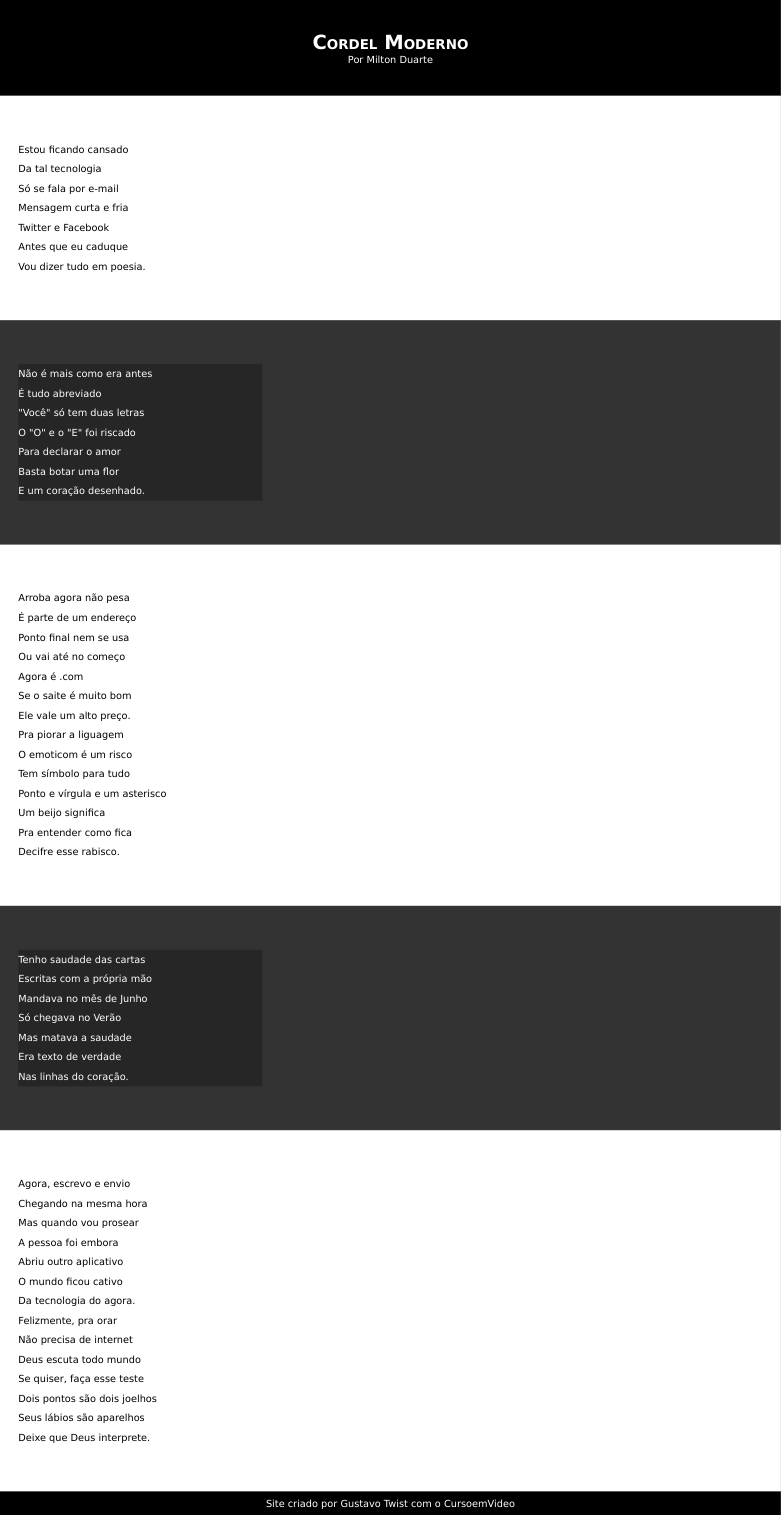
Repository: gustavotwist/projeto-cordel
Page: index.html
An editor plug-in stored every save of this project. The page is shown before and after a run of saves, followed by the edit.
The browser window is 1280 px wide. The pictures show the whole page, at 61% of full size.
Some web fonts or font styles are not loaded; a fallback is used.

Above is the page before, as saved 2024-04-23 21:47:50.

### index.html
<!DOCTYPE html>
<html lang="pt-br">
<head>
    <meta charset="UTF-8">
    <meta name="viewport" content="width=device-width, initial-scale=1.0">
    <title>Cordel Moderno</title>
    <link rel="stylesheet" href="estilo/style.css">
</head>
<body>
    <header>
        <h1>
            Cordel Moderno
        </h1>
        <p>
            Por <a href="https://www.recantodasletras.com.br/poesias/3186743" target="_blank">Milton Duarte</a>
        </p>
    </header>

    <section class="normal">
        <p>
            Estou ficando cansado <br>
            Da tal tecnologia <br>
            Só se fala por e-mail <br>
            Mensagem curta e fria <br>
            Twitter e Facebook <br>
            Antes que eu caduque <br>
            Vou dizer tudo em poesia.
        </p>
    </section>

    <section class="imagem">
        <p>
            Não é mais como era antes <br>
            É tudo abreviado <br>
            "Você" só tem duas letras <br>
            O "O" e o "E" foi riscado <br>
            Para declarar o amor <br>
            Basta botar uma flor <br>
            E um coração desenhado.
        </p>
    </section>

    <section class="normal">
        <p>
            Arroba agora não pesa <br>
            É parte de um endereço <br>
            Ponto final nem se usa <br>
            Ou vai até no começo <br>
            Agora é .com <br>
            Se o saite é muito bom <br>
            Ele vale um alto preço. <br>
        </p>

        <p>
            Pra piorar a liguagem <br>
            O emoticom é um risco <br>
            Tem símbolo para tudo <br>
            Ponto e vírgula e um asterisco <br>
            Um beijo significa <br>
            Pra entender como fica <br>
            Decifre esse rabisco.
        </p>
    </section>

    <section class="imagem">
        <p>
            Tenho saudade das cartas <br>
            Escritas com a própria mão <br>
            Mandava no mês de Junho <br>
            Só chegava no Verão <br>
            Mas matava a saudade <br>
            Era texto de verdade <br>
            Nas linhas do coração.
        </p>
    </section>

    <section class="normal">
        <p>
            Agora, escrevo e envio <br>
            Chegando na mesma hora <br>
            Mas quando vou prosear <br>
            A pessoa foi embora <br>
            Abriu outro aplicativo <br>
            O mundo ficou cativo <br>
            Da tecnologia do agora.
        </p>


        <p>
            Felizmente, pra orar <br>
            Não precisa de internet <br>
            Deus escuta todo mundo <br>
            Se quiser, faça esse teste <br>
            Dois pontos são dois joelhos <br>
            Seus lábios são aparelhos <br>
            Deixe que Deus interprete.
        </p>
    </section>

    <footer>
        <p>Site criado por <a href="https://github.com/gustavotwist" target="_blank">Gustavo Twist</a> com o <a href="https://www.cursoemvideo.com" target="_blank">CursoemVideo</a></p>
    </footer>
</body>
</html>

### estilo/style.css
@charset "UTF-8";

@import url('https://fonts.googleapis.com/css2?family=Passion+One:wght@400;700;900&display=swap');

@import url('https://fonts.googleapis.com/css2?family=Sriracha&display=swap');


:root {
    --fonte1: Verdana, Geneva, Tahoma, sans-serif;
    --fonte2: 'Passion One', cursive;
    --fonte3: 'Sriracha', cursive;
}

* {
    margin: 0px;
    padding: 0px;
}

html, body {
    min-height: 100vh;
    background-color: darkgray;
    font-family: var(--fonte1);
}

header {
    background-color: black;
    color: white;
    text-align: center;
}

header > h1 {
    padding-top: 50px;
    font-variant: small-caps;
    font-family: var();
}

header > p {
    padding-bottom: 50px;
}

header a, footer a {
    color: white;
    text-decoration: none;
}

header a:hover, footer a:hover {
    text-decoration: underline;
}

section {
    padding-top: 10vh;
    padding-bottom: 10vh;
    line-height: 2em;
    padding-left: 30px;
}

section.normal {
    background-color: white;
    color: black;
}

section.imagem {
    background-color: rgb(51, 51, 51);
    color: white;
}

section.imagem > p {
    width: 400px;
    background-color: rgb(0, 0, 0, 0.253);

}

footer {
    background-color: black;
    color: white;
    text-align: center;
    padding: 10px;
}

After the next 2 saves:
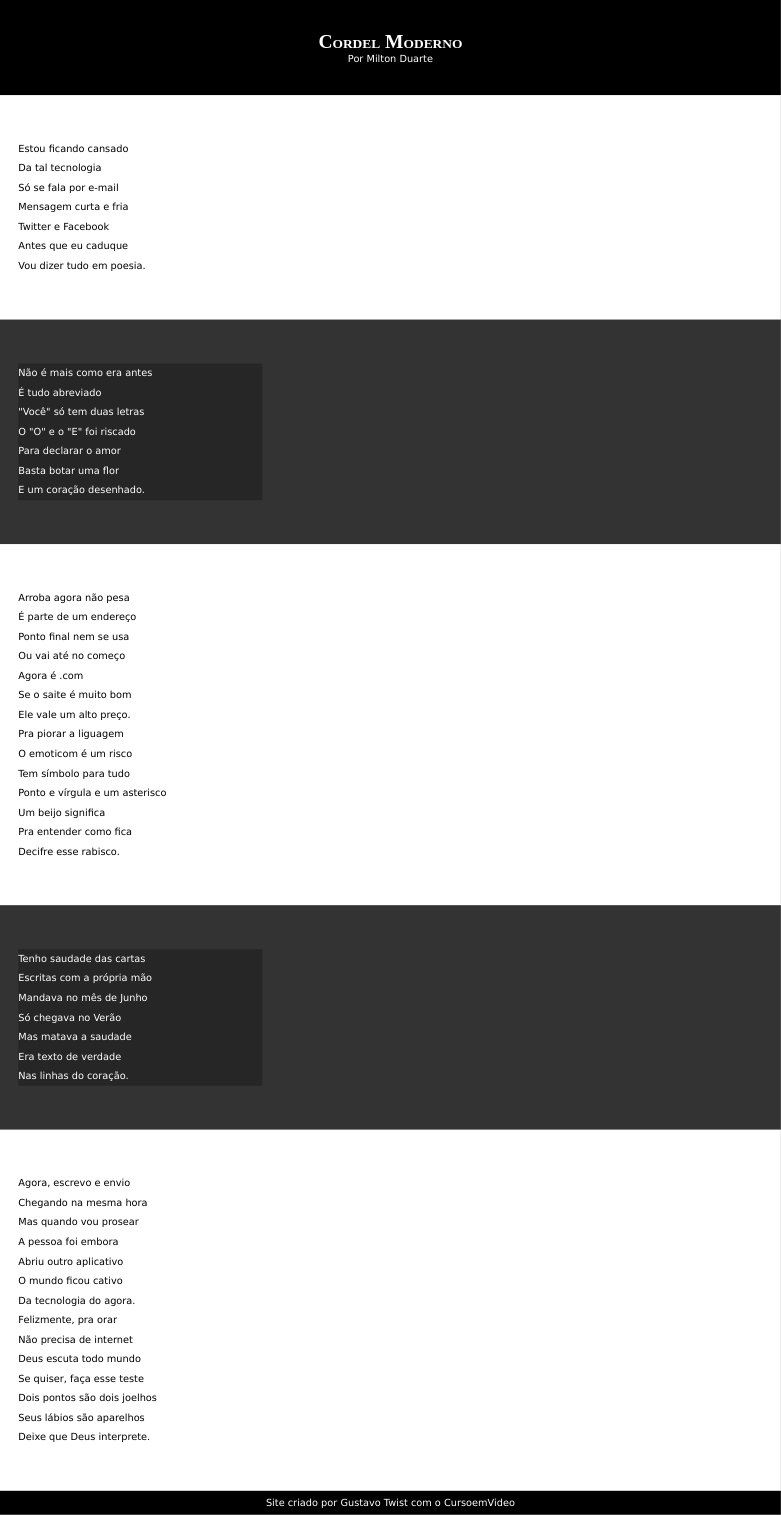
The 2 saves are shown as one change because they came seconds apart.
The last was saved 6 s later.
--- a/estilo/style.css
+++ b/estilo/style.css
@@ -31,7 +31,7 @@ header {
 header > h1 {
     padding-top: 50px;
     font-variant: small-caps;
-    font-family: var();
+    font-family: var(--fonte2);
 }
 
 header > p {
